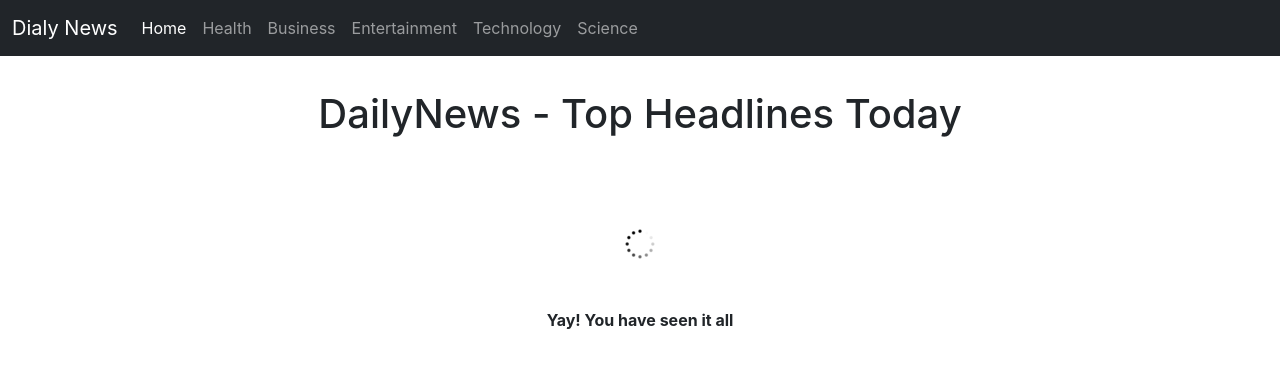
Repository: dikshant-chauhan04/news-app
Page: /
These files come from the project's save history. The page is drawn as it stood at one moment and after the next save; the edit follows.
The browser window is 1280 px wide. The pictures show the whole page.
The page's requests for data from a server got no answer. The project was rebuilt for these pictures with package versions that can differ from the ones it lists, and the page was loaded fresh each time. No one was signed in, and anything a server would have sent is missing. Also part of the build but not shown: src/components/NewsItem.js.

Above is the page before, as saved 2022-04-22 19:15:11.

After the next save:
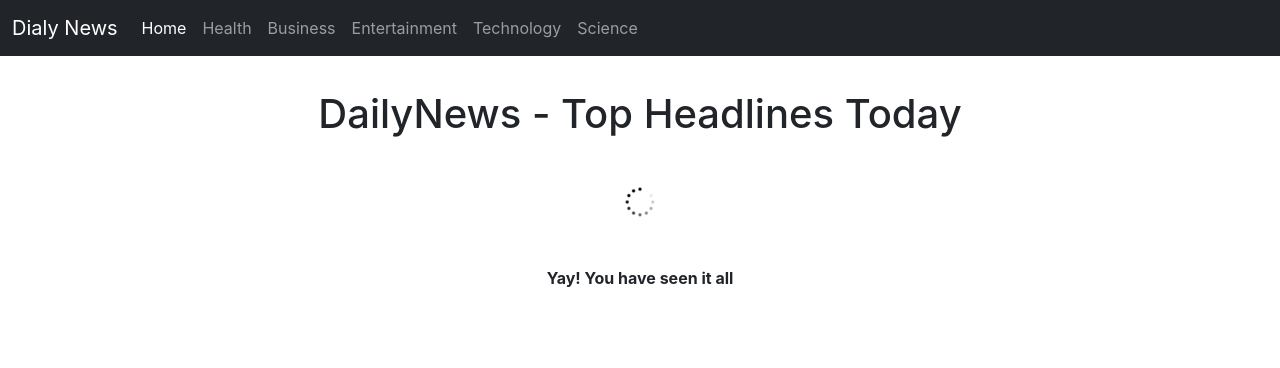
Saved 7 s later.
--- a/src/components/News.js
+++ b/src/components/News.js
@@ -45,7 +45,7 @@ const News = (props)=> {
 
     return (
       <>
-        <h1 className='text-center' style={{margin : "90px"}}>DailyNews - Top Headlines Today</h1>
+        <h1 className='text-center' style={{marginTop : "90px"}}>DailyNews - Top Headlines Today</h1>
         {loading && <Loading/>}
         <InfiniteScroll
           dataLength={articles.length}
